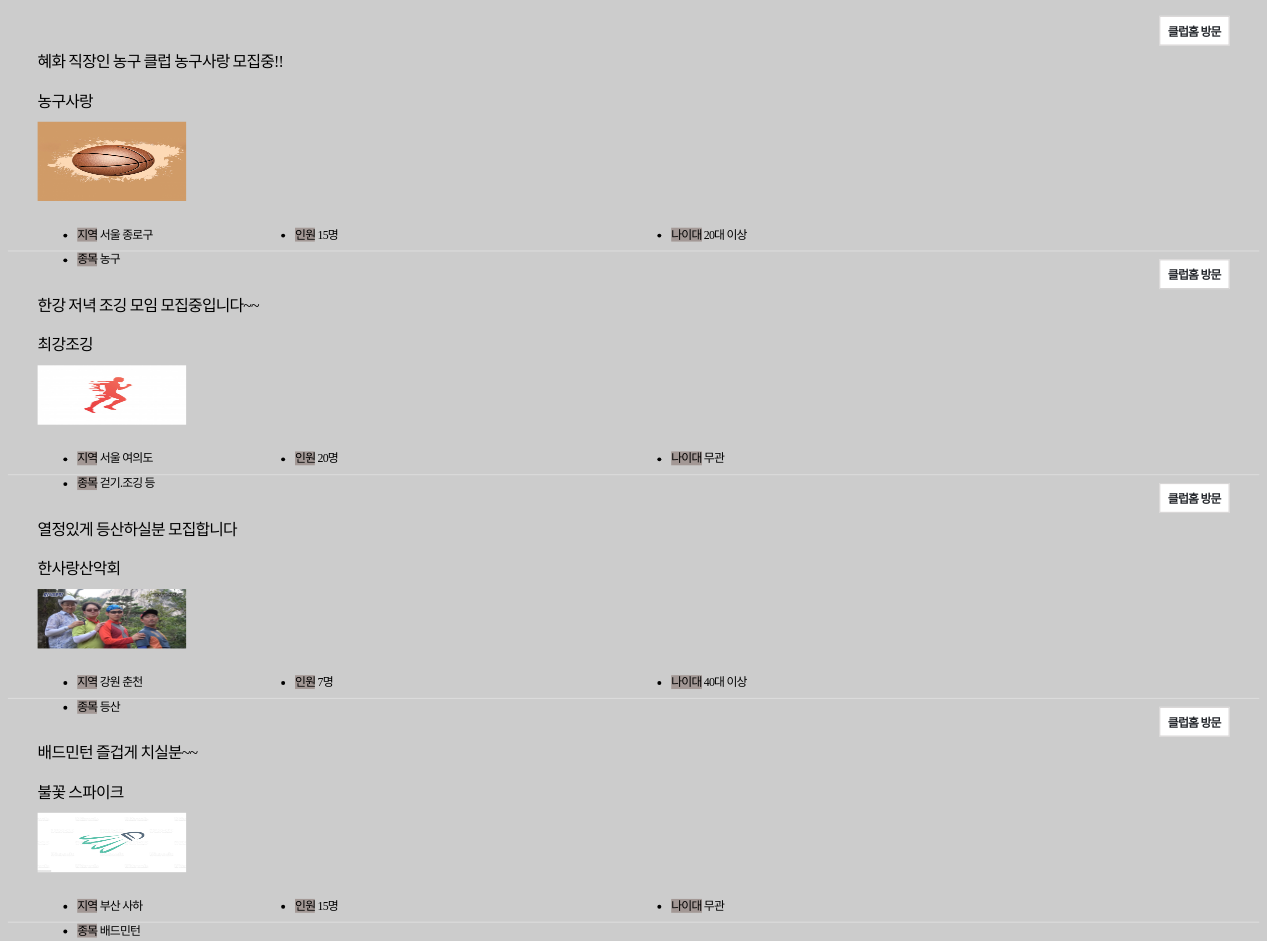
Repository: jaemin333/study
Page: club.html
The author's editor kept a copy of each file at every save. The page is drawn from the files as they stood at one save, then again after the next save.
The browser window is 1280 px wide. The pictures show the whole page, at 99% of full size.

Above is the page before, as saved 2021-07-02 02:39:01.

After the next save:
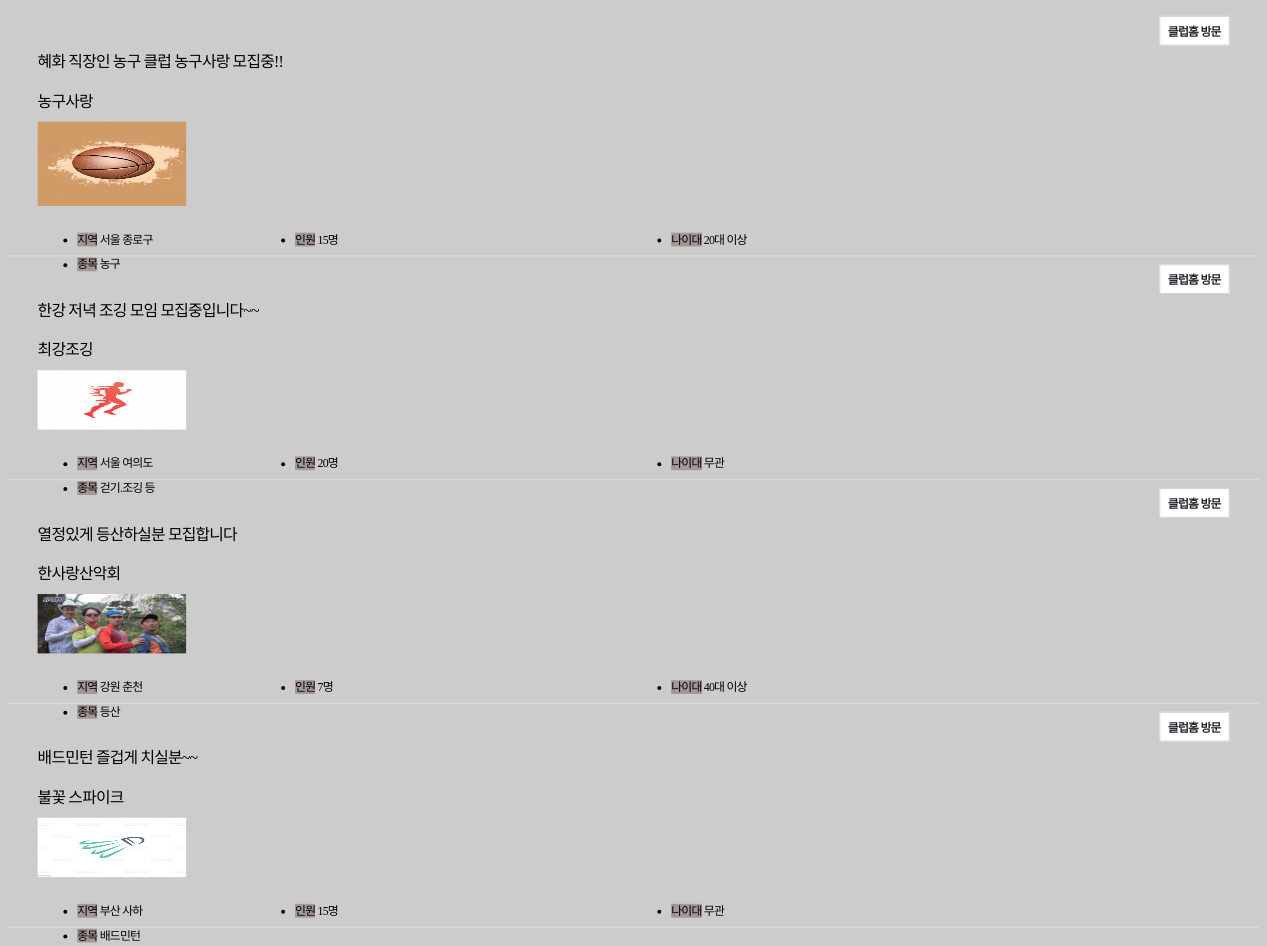
Saved 7 s later.
--- a/club.html
+++ b/club.html
@@ -21,7 +21,7 @@
     <div class ="cbInfo">
         <div class="cbMark">
             <span class="clubmark">
-                <img src = "bask.png" width="150" height="80">
+                <img src = "bask.png" width="150" height="85">
         </div>
     <ul>
         <li>
